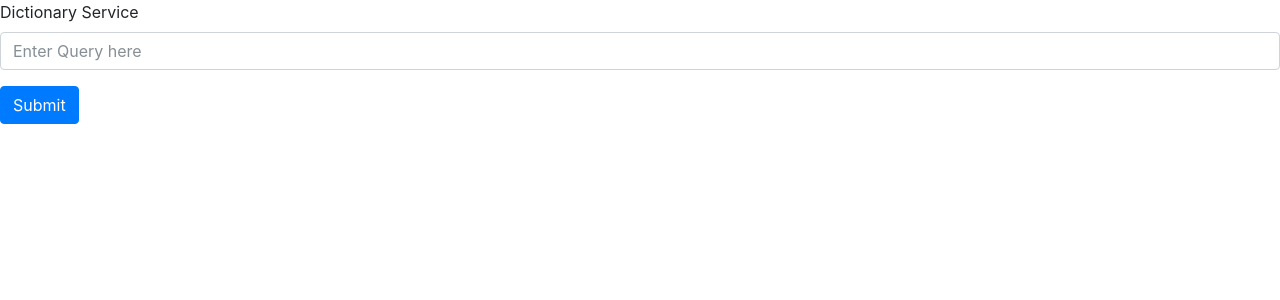
Repository: IanBurke1/AsyncRMI_DictionaryService
Page: AsyncRMI_DictionaryService/WebContent/index.html
An editor plug-in stored every save of this project. The page is shown before and after the next save, followed by the edit.
The browser window is 1280 px wide. The pictures show the whole page.

Above is the page before, as saved 2017-12-18 15:07:09.

After the next save:
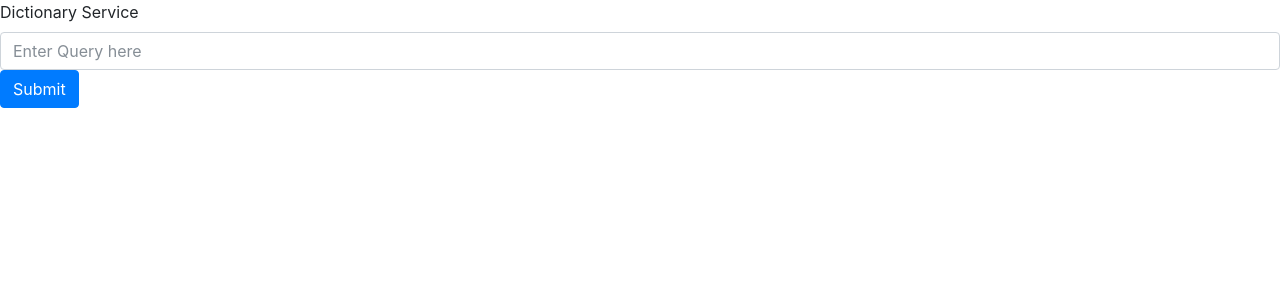
Saved 2 min 5 s later.
--- a/AsyncRMI_DictionaryService/WebContent/index.html
+++ b/AsyncRMI_DictionaryService/WebContent/index.html
@@ -8,7 +8,7 @@
 </head>
 <body>
 <form>
-  <div class="form-group">
+  <div >
     <label for="exampleInputEmail1">Dictionary Service</label>
     <input type="email" class="form-control" id="exampleInputEmail1" aria-describedby="emailHelp" placeholder="Enter Query here">
   </div>
